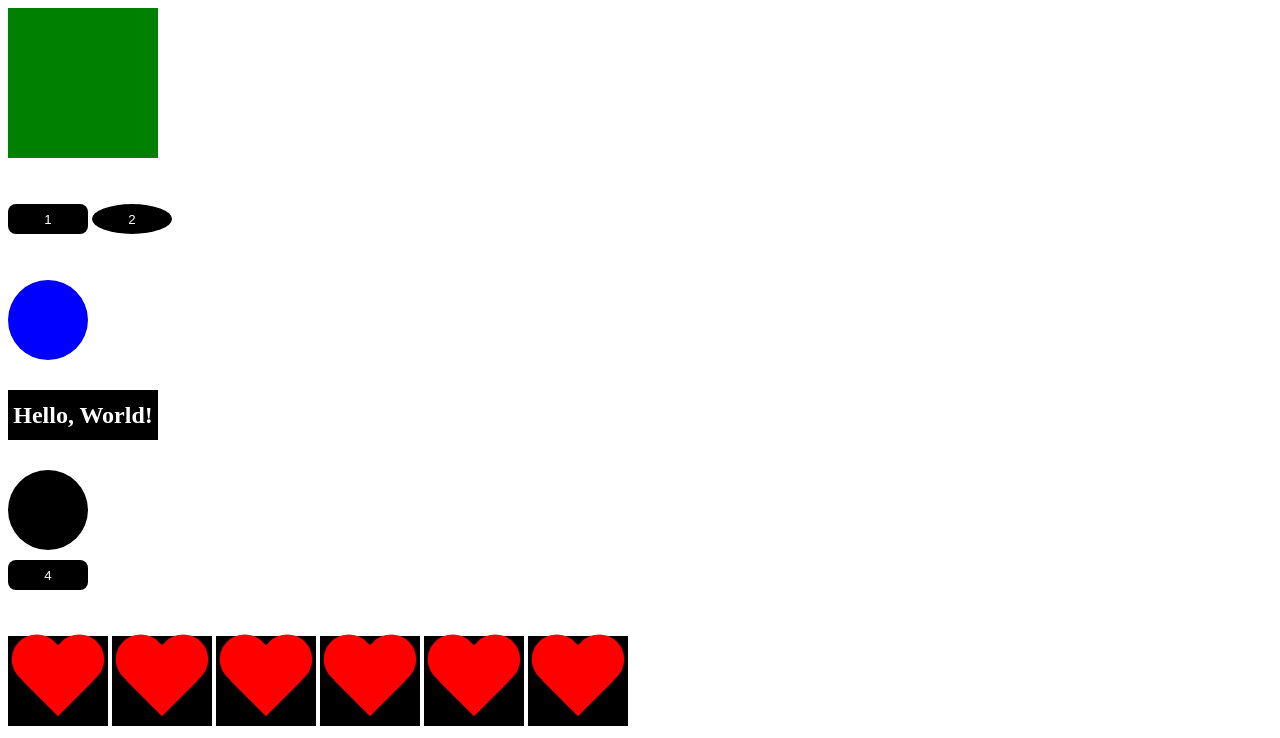
Repository: ivan151/jsudemy
Page: index.html
The author's editor kept a copy of each file at every save. The page is drawn from the files as they stood at one save, then again after the next save.
The browser window is 1280 px wide. The pictures show the whole page.

Above is the page before, as saved 2020-05-02 10:26:41.

### index.html
<!DOCTYPE html>
<html lang="en">
<head>
    <meta charset="UTF-8">
    <meta name="viewport" content="width=device-width, initial-scale=1.0">
    <title>Document</title>
    <link rel="stylesheet" href="original.css">
</head>
<body>
    <div class = 'box' id = 'box'></div>
    <br><br>
    <button>1</button>
    <button>2</button>
    <button>3</button>
    <button>4</button>
    <br>
    <br>
    <br>
    <div class="circle"></div>
    <div class="circle"></div>
    <div class="circle"></div>
    <br>
    <br>
    <br>
    <div class="wrapper">
        <div class="heart"></div>
        <div class="heart"></div>
        <div class="heart"></div>
        <div class="heart"></div>
        <div class="heart"></div>
        <div class="heart"></div>
    </div>

    <div class="div" class = 'box'></div>
    <script src="script.js"></script>
</body>
</html>

### original.css
.box {
  width: 150px;
  height: 150px;
  /* background-color: red; */
}
button {
	width: 80px;
	height: 30px;
	margin-top: 10px;
	border: none;
	border-radius: 8px;
	background-color: #000;
	color: #fff;
	cursor: pointer;
	outline: none;
}

.circle {
	width: 80px;
	height: 80px;
	background-color: blue;
	display: block;
	margin-top: 10px;
	border-radius: 100%;
}

.heart {
	display: inline-block;
    position: relative;
    width: 100px;
    height: 90px;
    margin-top: 10px;
}
.heart:before,
.heart:after {
    position: absolute;
    content: "";
    left: 50px;
    top: 0;
    width: 50px;
    height: 80px;
    background: red;
    -moz-border-radius: 50px 50px 0 0;
    border-radius: 50px 50px 0 0;
    -webkit-transform: rotate(-45deg);
       -moz-transform: rotate(-45deg);
        -ms-transform: rotate(-45deg);
         -o-transform: rotate(-45deg);
            transform: rotate(-45deg);
    -webkit-transform-origin: 0 100%;
       -moz-transform-origin: 0 100%;
        -ms-transform-origin: 0 100%;
         -o-transform-origin: 0 100%;
            transform-origin: 0 100%;
}
.heart:after {
    left: 0;
    -webkit-transform: rotate(45deg);
       -moz-transform: rotate(45deg);
        -ms-transform: rotate(45deg);
         -o-transform: rotate(45deg);
            transform: rotate(45deg);
    -webkit-transform-origin: 100% 100%;
       -moz-transform-origin: 100% 100%;
        -ms-transform-origin: 100% 100%;
         -o-transform-origin: 100% 100%;
            transform-origin :100% 100%;
}
.black{
	width: 150px;
	height: 50px;
	line-height: 50px;
	text-align: center;
	background-color: black;
	margin-bottom: 30px;
	margin-top: 30px;
	color: #fff;
}

### script.js
let box = document.getElementById('box'), // by id
    btn = document.getElementsByTagName('button'), // by tag
    circle = document.getElementsByClassName('circle'), //by class
    heart = document.querySelectorAll('.heart'), //all elements
    oneHeart = document.querySelector('.heart'), //first element
    wrapper = document.querySelector('.wrapper');

box.style.backgroundColor = 'green';
btn[1].style.borderRadius = '100%';

circle[1].style.backgroundColor = 'black';

for (let i = 0; i < heart.length; i++) {
    heart[i].style.backgroundColor = 'blue';
}

heart.forEach(function (item, i, hearts) {
    item.style.backgroundColor = 'black';

});

let div = document.createElement('div'),
    text = document.createTextNode('Here was me');



div.classList.add('black');
//wrapper.appendChild(div);

document.body.insertBefore(div, circle[1]); // insert before element
document.body.removeChild(btn[2]); //remove second button

document.body.replaceChild(btn[2], circle[2]);


div.innerHTML = '<h2> Hello, World!</h2>';

After the next save:
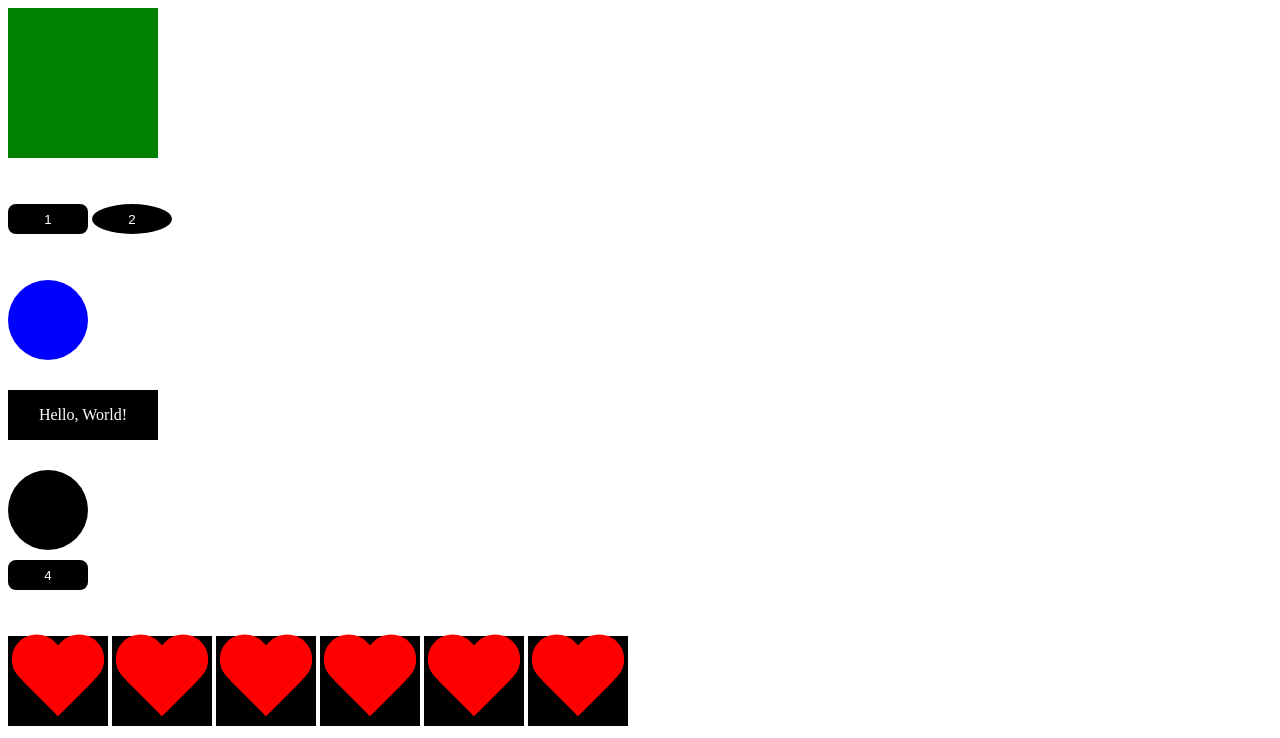
Saved 33 s later.
--- a/script.js
+++ b/script.js
@@ -33,4 +33,6 @@ document.body.removeChild(btn[2]); //remove second button
 document.body.replaceChild(btn[2], circle[2]);
 
 
-div.innerHTML = '<h2> Hello, World!</h2>';
+//div.innerHTML = '<h2> Hello, World!</h2>';
+
+div.textContent = 'Hello, World!';
